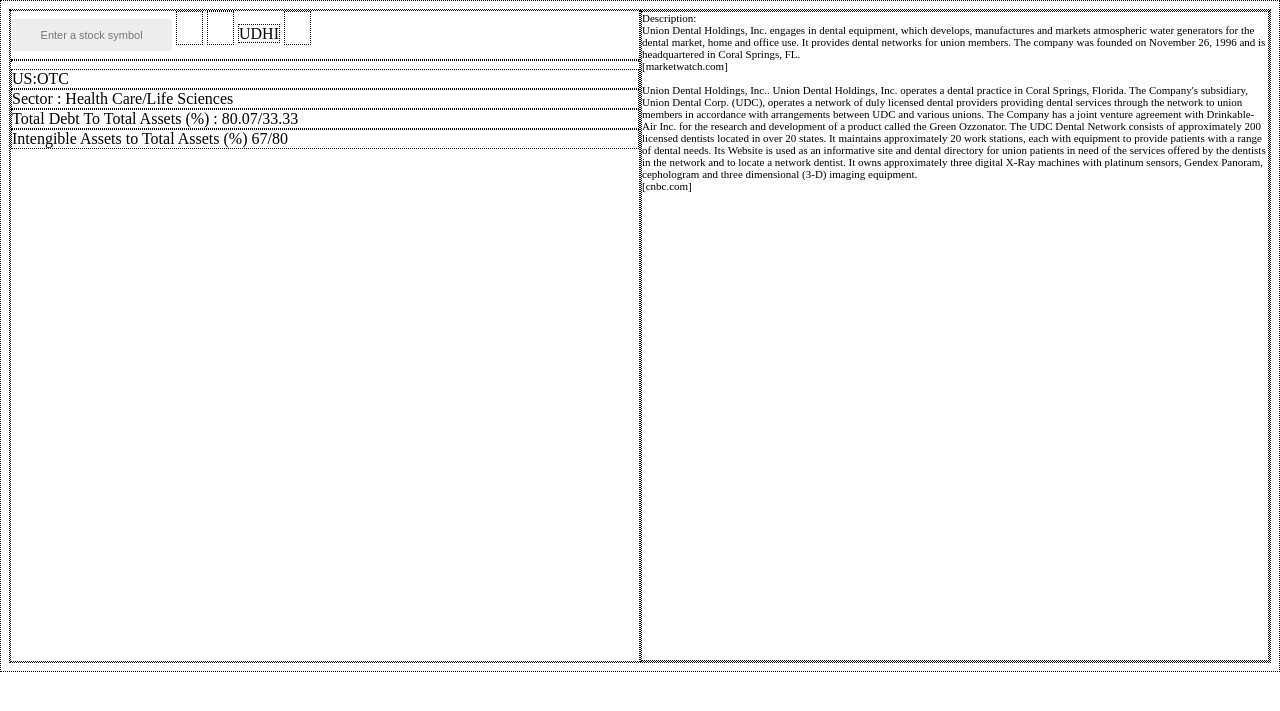
Repository: hadi4172/halal-stock-scanner
Page: popup.html
These files come from the project's save history. The page is drawn as it stood at one moment and after the next save; the edit follows.
The browser window is 1280 px wide. The pictures show the whole page.

Above is the page before, as saved 2020-09-24 18:14:10.

### popup.html
<!DOCTYPE html>
<html>

<head>
    <title>Halal Stock Scanner</title>
    <meta charset="UTF-8">
    <script src="popup.js"></script>
    <link rel="stylesheet" href="font-awesome/font-awesome.min.css">
    <link rel="stylesheet" type="text/css" href="popup.css">
</head>

<body>
    <div id=left>
        <input id=input type=text maxlength=5 placeholder="Enter a stock symbol" />
        <i id=search-btn class="fa fa-search fa-2x"></i>
        <i id=settings-btn class="fa fa-cog fa-2x"></i>
        <span id=symbol>UDHI</span>
        <i id=icon-is-correct-or-no class="fa fa-exclamation-circle fa-2x"></i>
        <hr>
        <div id=market>US:OTC</div>
        <div id=sector>Sector : Health Care/Life Sciences</div>
        <div id=debt-to-assets>Total Debt To Total Assets (%) : 80.07/33.33</div>
        <div id=intengible-assets-to-total-assets>Intengible Assets to Total Assets (%) 67/80 </div>
    </div>

    <div id=right>
        <div id=description>
            Description: <br />
            Union Dental Holdings, Inc. engages in dental equipment, which develops, manufactures and markets atmospheric water generators for the dental market, home and office use. It provides dental networks for union members. The company was founded on November 26, 1996 and is headquartered in Coral Springs, FL.<br />
            [marketwatch.com]<br /><br />
            Union Dental Holdings, Inc.. Union Dental Holdings, Inc. operates a dental practice in Coral Springs, Florida. The Company's subsidiary, Union Dental Corp. (UDC), operates a network of duly licensed dental providers providing dental services through the network to union members in accordance with arrangements between UDC and various unions. The Company has a joint venture agreement with Drinkable-Air Inc. for the research and development of a product called the Green Ozzonator. The UDC Dental Network consists of approximately 200 licensed dentists located in over 20 states. It maintains approximately 20 work stations, each with equipment to provide patients with a range of dental needs. Its Website is used as an informative site and dental directory for union patients in need of the services offered by the dentists in the network and to locate a network dentist. It owns approximately three digital X-Ray machines with platinum sensors, Gendex Panoram, cephologram and three dimensional (3-D) imaging equipment.<br />
            [cnbc.com]
        </div>
    </div>
</body>

</html>

### popup.css
* {
    border: 1px black dotted;
}

body{
    display:flex;
}

#right{
    width:50%
}

#left{
    width:50%
}

#description{
    height: 90vh;
    overflow: auto;
}

#input{
    max-width: 60%;
    font-size: 11px;
    border: none;
    background: hsl(0 0% 93%);
    border-radius: .25rem;
    padding: .6rem;
}

::placeholder {
    text-align: center;
}

#description{
    font-size: 11px;
}

### SimpleBar/simplebar.css
[data-simplebar] {
  position: relative;
  flex-direction: column;
  flex-wrap: wrap;
  justify-content: flex-start;
  align-content: flex-start;
  align-items: flex-start;
}

.simplebar-wrapper {
  overflow: hidden;
  width: inherit;
  height: inherit;
  max-width: inherit;
  max-height: inherit;
}

.simplebar-mask {
  direction: inherit;
  position: absolute;
  overflow: hidden;
  padding: 0;
  margin: 0;
  left: 0;
  top: 0;
  bottom: 0;
  right: 0;
  width: auto !important;
  height: auto !important;
  z-index: 0;
}

.simplebar-offset {
  direction: inherit !important;
  box-sizing: inherit !important;
  resize: none !important;
  position: absolute;
  top: 0;
  left: 0;
  bottom: 0;
  right: 0;
  padding: 0;
  margin: 0;
  -webkit-overflow-scrolling: touch;
}

.simplebar-content-wrapper {
  direction: inherit;
  box-sizing: border-box !important;
  position: relative;
  display: block;
  height: 100%; /* Required for horizontal native scrollbar to not appear if parent is taller than natural height */
  width: auto;
  visibility: visible;
  max-width: 100%; /* Not required for horizontal scroll to trigger */
  max-height: 100%; /* Needed for vertical scroll to trigger */
  scrollbar-width: none;
  -ms-overflow-style: none;
}

.simplebar-content-wrapper::-webkit-scrollbar,
.simplebar-hide-scrollbar::-webkit-scrollbar {
  width: 0;
  height: 0;
}

.simplebar-content:before,
.simplebar-content:after {
  content: ' ';
  display: table;
}

.simplebar-placeholder {
  max-height: 100%;
  max-width: 100%;
  width: 100%;
  pointer-events: none;
}

.simplebar-height-auto-observer-wrapper {
  box-sizing: inherit !important;
  height: 100%;
  width: 100%;
  max-width: 1px;
  position: relative;
  float: left;
  max-height: 1px;
  overflow: hidden;
  z-index: -1;
  padding: 0;
  margin: 0;
  pointer-events: none;
  flex-grow: inherit;
  flex-shrink: 0;
  flex-basis: 0;
}

.simplebar-height-auto-observer {
  box-sizing: inherit;
  display: block;
  opacity: 0;
  position: absolute;
  top: 0;
  left: 0;
  height: 1000%;
  width: 1000%;
  min-height: 1px;
  min-width: 1px;
  overflow: hidden;
  pointer-events: none;
  z-index: -1;
}

.simplebar-track {
  z-index: 1;
  position: absolute;
  right: 0;
  bottom: 0;
  pointer-events: none;
  overflow: hidden;
}

[data-simplebar].simplebar-dragging .simplebar-content {
  pointer-events: none;
  user-select: none;
  -webkit-user-select: none;
}

[data-simplebar].simplebar-dragging .simplebar-track {
  pointer-events: all;
}

.simplebar-scrollbar {
  position: absolute;
  left: 0;
  right: 0;
  min-height: 10px;
}

.simplebar-scrollbar:before {
  position: absolute;
  content: '';
  background: black;
  border-radius: 7px;
  left: 2px;
  right: 2px;
  opacity: 0;
  transition: opacity 0.2s linear;
}

.simplebar-scrollbar.simplebar-visible:before {
  /* When hovered, remove all transitions from drag handle */
  opacity: 0.5;
  transition: opacity 0s linear;
}

.simplebar-track.simplebar-vertical {
  top: 0;
  width: 11px;
}

.simplebar-track.simplebar-vertical .simplebar-scrollbar:before {
  top: 2px;
  bottom: 2px;
}

.simplebar-track.simplebar-horizontal {
  left: 0;
  height: 11px;
}

.simplebar-track.simplebar-horizontal .simplebar-scrollbar:before {
  height: 100%;
  left: 2px;
  right: 2px;
}

.simplebar-track.simplebar-horizontal .simplebar-scrollbar {
  right: auto;
  left: 0;
  top: 2px;
  height: 7px;
  min-height: 0;
  min-width: 10px;
  width: auto;
}

/* Rtl support */
[data-simplebar-direction='rtl'] .simplebar-track.simplebar-vertical {
  right: auto;
  left: 0;
}

.hs-dummy-scrollbar-size {
  direction: rtl;
  position: fixed;
  opacity: 0;
  visibility: hidden;
  height: 500px;
  width: 500px;
  overflow-y: hidden;
  overflow-x: scroll;
}

.simplebar-hide-scrollbar {
  position: fixed;
  left: 0;
  visibility: hidden;
  overflow-y: scroll;
  scrollbar-width: none;
  -ms-overflow-style: none;
}

Loaded but not shown: font-awesome/font-awesome.min.css (library); SimpleBar/simplebar.min.js (library); popup.js (no copy from this time; the picture is the same without it)

After the next save:
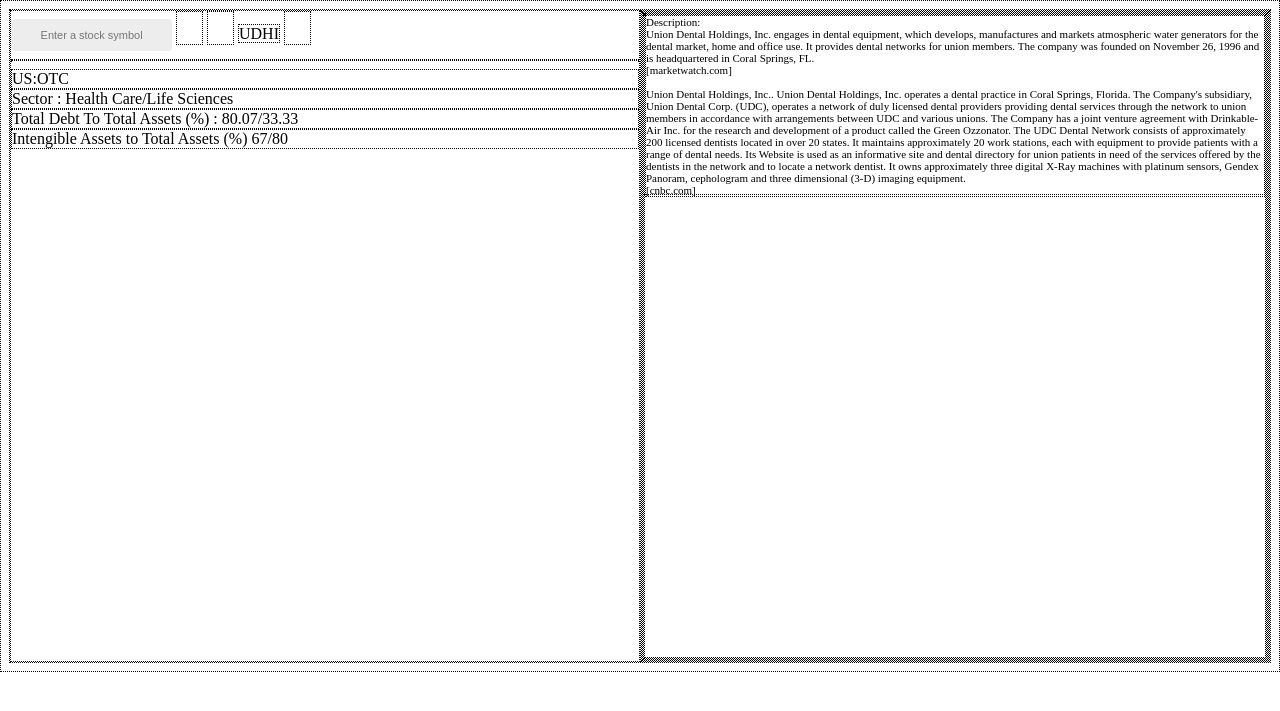
Saved 5 min 25 s later.
--- a/popup.html
+++ b/popup.html
@@ -4,9 +4,11 @@
 <head>
     <title>Halal Stock Scanner</title>
     <meta charset="UTF-8">
-    <script src="popup.js"></script>
+    <link rel="stylesheet" href="SimpleBar/simplebar.css" />
     <link rel="stylesheet" href="font-awesome/font-awesome.min.css">
     <link rel="stylesheet" type="text/css" href="popup.css">
+    <script src="popup.js"></script>
+    <script src="SimpleBar/simplebar.min.js"></script>
 </head>
 
 <body>
@@ -24,7 +26,7 @@
     </div>
 
     <div id=right>
-        <div id=description>
+        <div id=description data-simplebar>
             Description: <br />
             Union Dental Holdings, Inc. engages in dental equipment, which develops, manufactures and markets atmospheric water generators for the dental market, home and office use. It provides dental networks for union members. The company was founded on November 26, 1996 and is headquartered in Coral Springs, FL.<br />
             [marketwatch.com]<br /><br />
